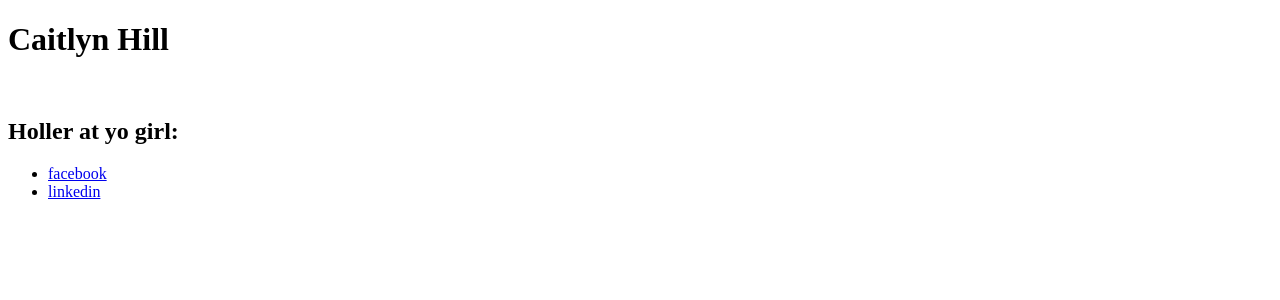
Repository: hillgang/hillgang.github.io
Page: index.html
The author's editor kept a copy of each file at every save. The page is drawn from the files as they stood at one save, then again after the next save.
The browser window is 1280 px wide. The pictures show the whole page.
Some web fonts or font styles are not loaded; a fallback is used.

Above is the page before, as saved 2019-07-31 23:17:42.

After the next save:
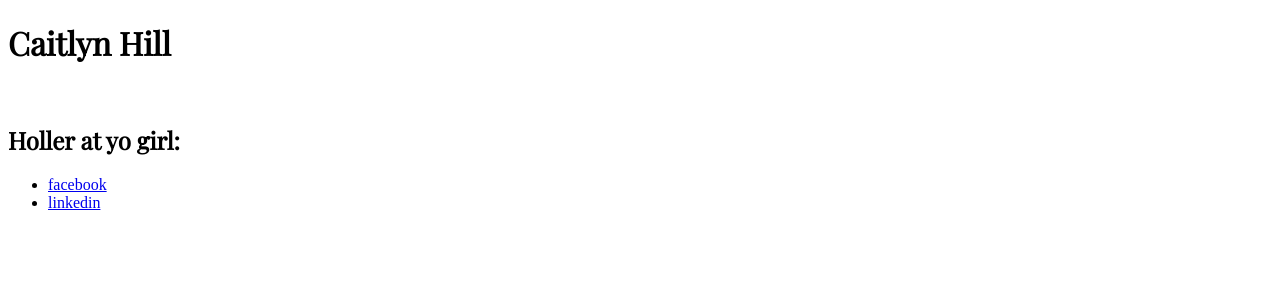
Saved 3 min 52 s later.
--- a/index.html
+++ b/index.html
@@ -5,6 +5,16 @@
     <meta name="viewport" content="width=device-width, initial-scale=1.0">
     <meta http-equiv="X-UA-Compatible" content="ie=edge">
     <title>Caitlyn Hill Website</title>
+    <link href="https://fonts.googleapis.com/css?family=Alice|Playfair+Display&display=swap" rel="stylesheet">
+    <style>
+        h1, h2 {
+            font-family: 'Playfair Display', serif;
+
+        }
+        p, a, li {
+            font-family: 'Alice', serif;
+        }
+    </style>
 </head>
 <body>
     <h1>Caitlyn Hill</h1>
